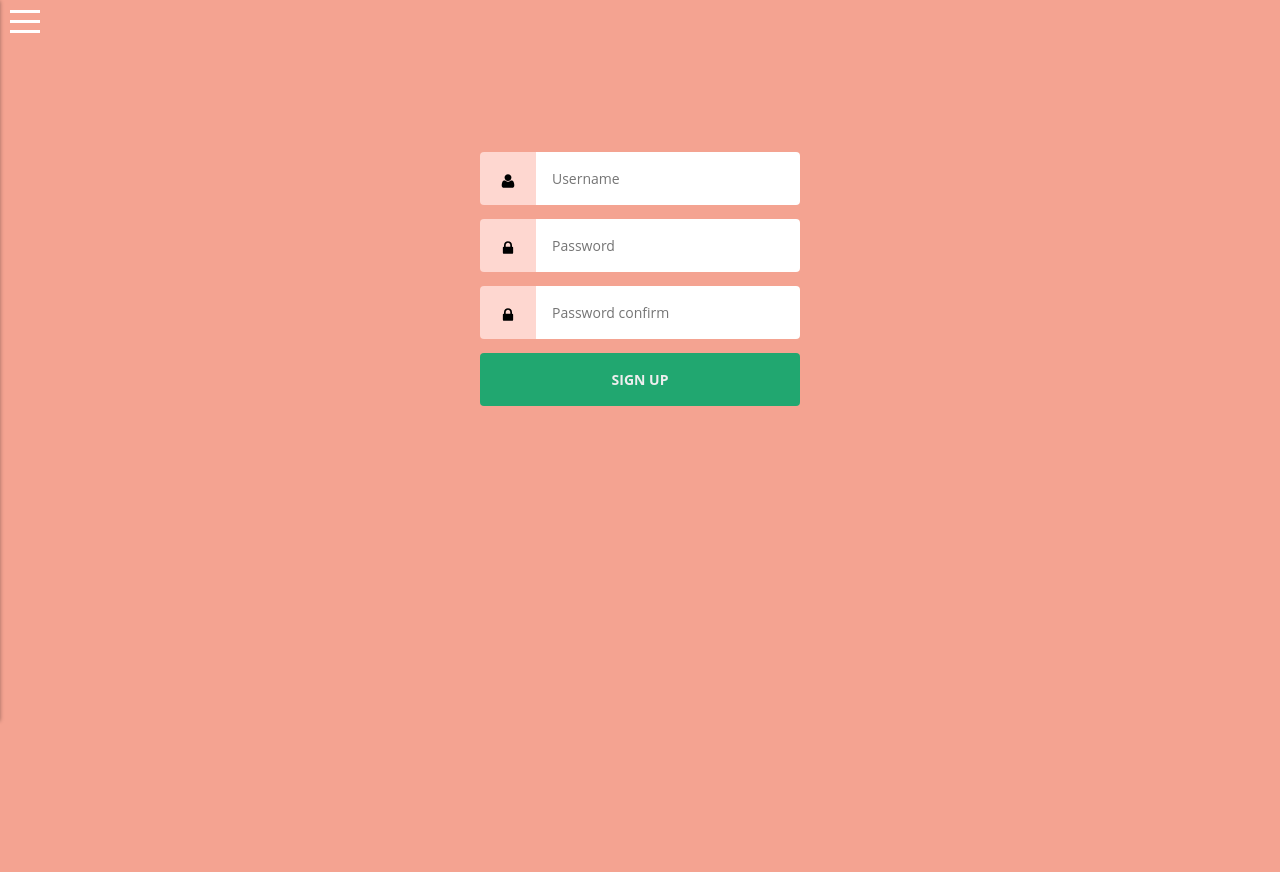
Repository: se-yoo/ChangeSeat
Page: http://localhost/ChangeSeat/signUp.jsp
An editor plug-in stored every save of this project. The page is shown before and after a run of saves, followed by the edit.
The browser window is 1280 px wide. The pictures show the whole page.
Some web libraries are served in a nearby version. The page is served by Tomcat 9.

Above is the page before, as saved 2018-06-25 09:51:06.

After the next 2 saves:
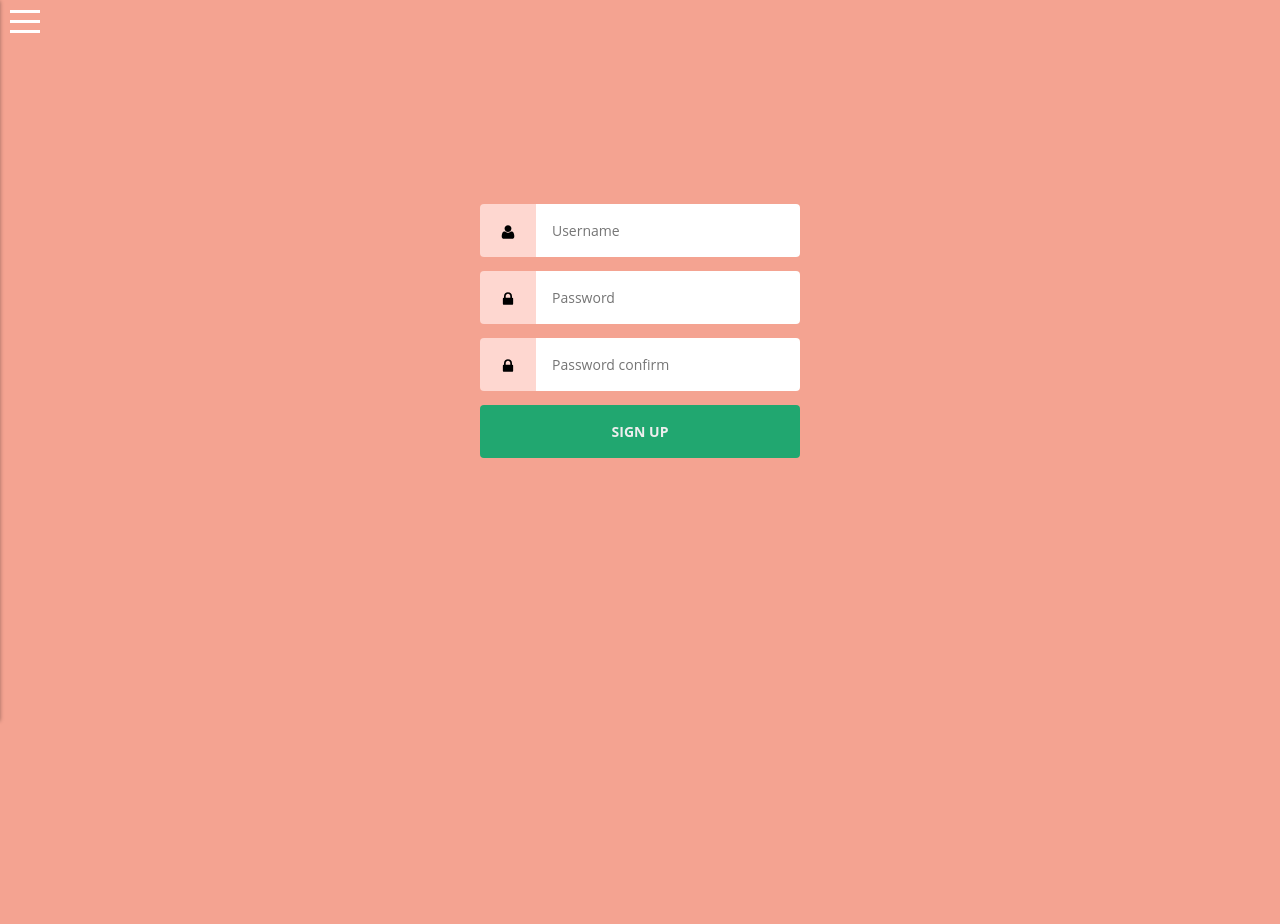
The 2 saves are shown as one change because they came seconds apart.
The last was saved 22 s later.
--- a/ChangeSeat/WebContent/signUpStyle.css
+++ b/ChangeSeat/WebContent/signUpStyle.css
@@ -25,11 +25,11 @@ body{
 }
 
 .grid {
-  margin-top:13%;
   margin-left: auto;
   margin-right: auto;
   max-width: var(--gridMaxWidth);
   width: var(--gridWidth);
+  margin-top:17%;
 }
 
 /* helpers/hidden.css */
